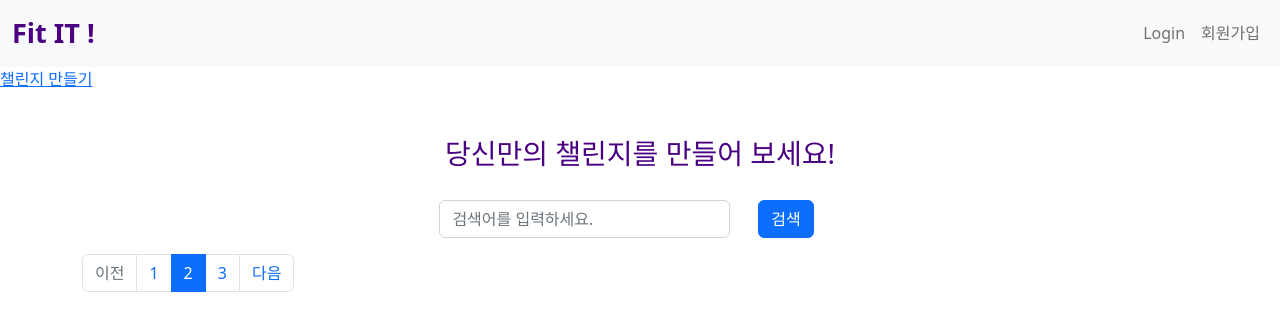
Repository: 4everGirls/Fit-IT-FRONT
Page: /makeChallenge (app in FrontEnd/fit-it/)
The author's editor kept a copy of each file at every save. The page is drawn from the files as they stood at one save, then again after the next save.
The browser window is 1280 px wide. The pictures show the whole page.
The project was rebuilt for these pictures with package versions that can differ from the ones it lists, and the page was loaded fresh each time. Also part of the build but not shown: FrontEnd/fit-it/vue.config.js, FrontEnd/fit-it/src/views/HomeView.vue, FrontEnd/fit-it/src/components/user/RegistUser.vue, FrontEnd/fit-it/src/components/user/LoginUser.vue.

Above is the page before, as saved 2022-11-20 12:45:24.

### FrontEnd/fit-it/public/index.html
<!DOCTYPE html>
<html lang="">
  <head>
    <meta charset="utf-8" />
    <meta http-equiv="X-UA-Compatible" content="IE=edge" />
    <meta name="viewport" content="width=device-width,initial-scale=1.0" />
    <link rel="icon" href="<%= BASE_URL %>favicon.ico" />
    <link
      href="https://cdn.jsdelivr.net/npm/bootstrap@5.2.2/dist/css/bootstrap.min.css"
      rel="stylesheet"
      integrity="sha384-Zenh87qX5JnK2Jl0vWa8Ck2rdkQ2Bzep5IDxbcnCeuOxjzrPF/et3URy9Bv1WTRi"
      crossorigin="anonymous"
    />
    <script
      src="https://cdn.jsdelivr.net/npm/bootstrap@5.2.2/dist/js/bootstrap.bundle.min.js"
      integrity="sha384-OERcA2EqjJCMA+/3y+gxIOqMEjwtxJY7qPCqsdltbNJuaOe923+mo//f6V8Qbsw3"
      crossorigin="anonymous"
    ></script>
    <title><%= htmlWebpackPlugin.options.title %></title>
  </head>
  <body>
    <noscript>
      <strong
        >We're sorry but <%= htmlWebpackPlugin.options.title %> doesn't work
        properly without JavaScript enabled. Please enable it to
        continue.</strong
      >
    </noscript>
    <div id="app"></div>
    <!-- built files will be auto injected -->
  </body>
</html>

### FrontEnd/fit-it/src/App.vue
<template>
  <div id="app">
    <header-nav/>

    <router-link to="/makeChallenge">챌린지 만들기</router-link>
    <router-view />

  </div>
</template>

<script>
import HeaderNav from "@/components/common/HeaderNav.vue";

export default {
  name: "App",
  components: {
    HeaderNav,
  }
}
</script>

<style>
* {
  margin: 0;
  padding: 0;
  box-sizing: border-box;
  list-style: none;
}

.text-center {
  text-align: center;
}

</style>

### FrontEnd/fit-it/src/router/index.js
import Vue from "vue";
import VueRouter from "vue-router";
import HomeView from "../views/HomeView.vue";
import RegistUser from "@/components/user/RegistUser.vue";
import LoginUser from "@/components/user/LoginUser.vue";
import MakeChallenge from "@/views/MakeChallengeView.vue";

Vue.use(VueRouter);

const routes = [
  {
    path: "/",
    name: "home",
    component: HomeView,
  },
  {
    path: "/login",
    name: "login",
    component: LoginUser,
  },
  {
    path: "/regist",
    name: "regist",
    component: RegistUser,
  },
  {
    path: "/makeChallenge",
    name: "makeChallenge",
    component: MakeChallenge,
  },
];

const router = new VueRouter({
  mode: "history",
  base: process.env.BASE_URL,
  routes,
});

export default router;

### FrontEnd/fit-it/src/store/index.js
import Vue from 'vue'
import Vuex from 'vuex'
import axios from 'axios';
import router from "@/router";
import createPersistedState from "vuex-persistedstate";

Vue.use(Vuex)

const REST_API = `http://localhost:9999`;

export default new Vuex.Store({
  plugins: [createPersistedState()],
  state: {
    loginUser: null,
    videos: [],
    video: null,
  },
  getters: {
  },
  mutations: {
    LOGIN_USER(state, user) {
      state.loginUser = user;
    },
    SEARCH_VIDEO(state, videos) {
      state.videos = videos
    },
  },
  actions: {
    loginUser({ commit }, user) {
      console.log(user);
      const API_URL = `${REST_API}/userApi/login`;
      axios({
        url: API_URL,
        method: "POST",
        data: user,
      })
      .then((res) => {
        if (res.data.message === "success") {
          commit("LOGIN_USER", user);
          sessionStorage.setItem("access-token", res.data["access-token"]);
          router.push({ name: "home" });
        } else {
          alert("로그인에 실패하였습니다.");
        }
      })
      .catch((err) => {
        console.log(err);
      });
    },
    createUser({ commit }, user) {
      const API_URL = `${REST_API}/userApi/signup`;

      axios({
        url: API_URL,
        method: "POST",
        data: user,
      })
      .then((res) => {
        commit;
        res;
        alert("회원 가입이 완료 되었습니다.");
        router.push("/login");
      })
      .catch((err) => {
        console.log(err);
      });
    },
    searchVideo({commit}, keyword) {
      const YOUTUBE_KEY = process.env.VUE_APP_YOUTUBE_API_KEY;
      const API_URL = `https://www.googleapis.com/youtube/v3/search`;
      console.log(keyword);
      axios({
        url: API_URL,
        // method: "GET",
        params: {
          key: YOUTUBE_KEY,
          part: 'snippet',
          q: keyword,
          type: 'video',
          maxResults: 4,
        }
      })
        .then((res) => {
          console.log(res.data.items);
          commit("SEARCH_VIDEO", res.data.items)
        })
        .catch((err) => console.log(err));
    },
  },
  modules: {
  }
})

### FrontEnd/fit-it/src/components/common/HeaderNav.vue
<template>
    <header>
    <!-- 로그인 전 (login, )-->
    <!-- Nav Bar 오른쪽 정렬 -->
    <nav class="navbar navbar-expand-sm bg-light navbar-light">
        <div class="container-fluid">
            <router-link to="/" class="navbar-brand nav-link">Fit IT !</router-link>
            <div class="collapse navbar-collapse justify-content-end" id="collapsibleNavbar">
                <ul class="navbar-nav">
                <li class="nav-item">
                    <router-link to="/login" class="nav-link">Login</router-link>
                </li>
                <li class="nav-item">
                    <router-link to="/regist" class="nav-link">회원가입</router-link>
                </li>
                </ul>
            </div>
        </div>
    </nav>
    </header>
</template>

<script>
export default {
name: "HeaderNav",
};
</script>

<style>
.navbar-brand {
color: indigo;
font-weight: 750;
font-size: 27px;
}
</style>

### FrontEnd/fit-it/src/views/MakeChallengeView.vue
<template>
  <div class="container">
    <!--search-container-->
    <div class="row">
        <search-video></search-video>
        <search-result></search-result>
    </div>
    <!--result form-->
    <div></div>
  </div>
</template>

<script>
import SearchVideo from '@/components/challenge/MakeChallenge/SearchVideo.vue';
import SearchResult from '@/components/challenge/MakeChallenge/SearchResult.vue';

export default {
    name: "MakeChallenge",
    components: {
        SearchVideo,
        SearchResult,
    }
}
</script>

<style>

</style>

### FrontEnd/fit-it/src/components/challenge/MakeChallenge/SearchVideo.vue
<template>
  <div class="container">
    <div class="flex-container m-3">
      <div class="flex-item">
        <h3 class="title">당신만의 챌린지를 만들어 보세요!</h3>
      </div>
      <div class="flex-item">
        <div class="row">
          <div class="col-3"></div>
          <div class="col">
            <form class="d-flex col" role="search">
              <input
                class="form-control me-1"
                type="search"
                placeholder="검색어를 입력하세요."
                aria-label="Search"
                size="70"
                v-on:keydown.enter.prevent="search"
                v-model="keyword"
              />
            </form>
          </div>
          <div class="col">
            <button class="btn btn-primary" type="submit" @click="search">
              검색
            </button>
          </div>
        </div>
      </div>
    </div>
  </div>
</template>

<script>
export default {
  name: "SearchVideo",
  data() {
    return {
      keyword: "",
    };
  },
  methods: {
    search() {
      if (this.keyword !== "") {
        let value = this.keyword && this.keyword.trim();
        this.$store.dispatch("searchVideo", value);
        this.clearInput();
      } else {
        alert("검색어를 입력하세요.");
      }
    },
    clearInput() {
      this.keyword = "";
    },
  },
};
</script>

<style scoped>
.title {
  margin: 30px;
  color: indigo;
  font-weight: 350;
}
.flex-container {
  display: flex;
  justify-content: center;
  align-items: center;
  flex-direction: column;
}
</style>

### FrontEnd/fit-it/src/components/challenge/MakeChallenge/SearchResult.vue
<template>
  <div class="result-container">
    <li v-for="video in videos"
          :key="video.videoId"
          :video="video">
    <div class="list-container column">
      <div class="card" style="width: 18rem">
        <img
          class="card-img-top"
          :src="video.snippet.thumbnails.high.url"
          alt="video-img"
        />
        <div class="card-body">
          <p class="card-text">
            {{ video.snippet.title }}
          </p>
          <button>추가</button>
        </div>
      </div>
    </div>
    </li>
    <!--Pagination-->
    <footer>
      <ul class="pagination">
        <li class="page-item disabled">
          <span class="page-link">이전</span>
        </li>
        <li class="page-item"><a class="page-link" href="#">1</a></li>
        <li class="page-item active" aria-current="page">
          <span class="page-link">2</span>
        </li>
        <li class="page-item"><a class="page-link" href="#">3</a></li>
        <li class="page-item">
          <a class="page-link" href="#">다음</a>
        </li>
      </ul>
    </footer>
  </div>
</template>

<script>
import { mapState } from "vuex";
export default {
  name: "SearchResult",
  computed: {
    ...mapState(["videos", "video"]),
  },
};
</script>

<style></style>

Loaded but not shown: FrontEnd/fit-it/src/main.js (common file)

After the next save:
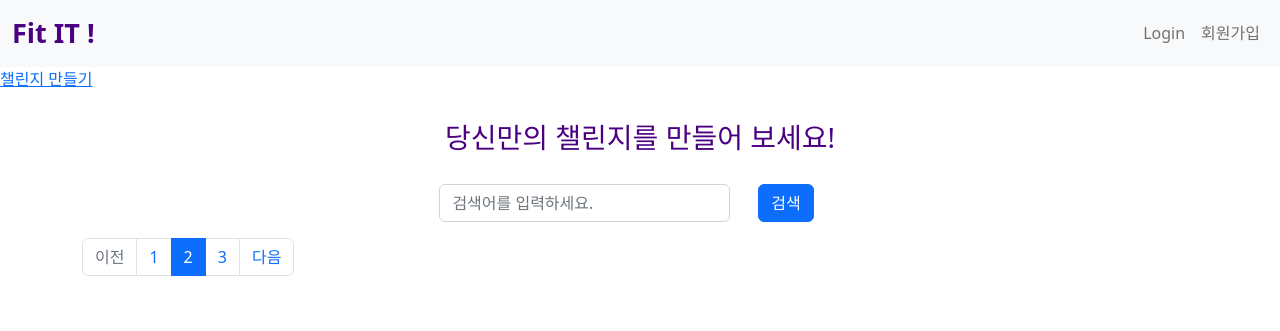
Saved 10 s later.
--- a/FrontEnd/fit-it/src/components/challenge/MakeChallenge/SearchVideo.vue
+++ b/FrontEnd/fit-it/src/components/challenge/MakeChallenge/SearchVideo.vue
@@ -1,6 +1,6 @@
 <template>
   <div class="container">
-    <div class="flex-container m-3">
+    <div class="flex-container mb-3">
       <div class="flex-item">
         <h3 class="title">당신만의 챌린지를 만들어 보세요!</h3>
       </div>
